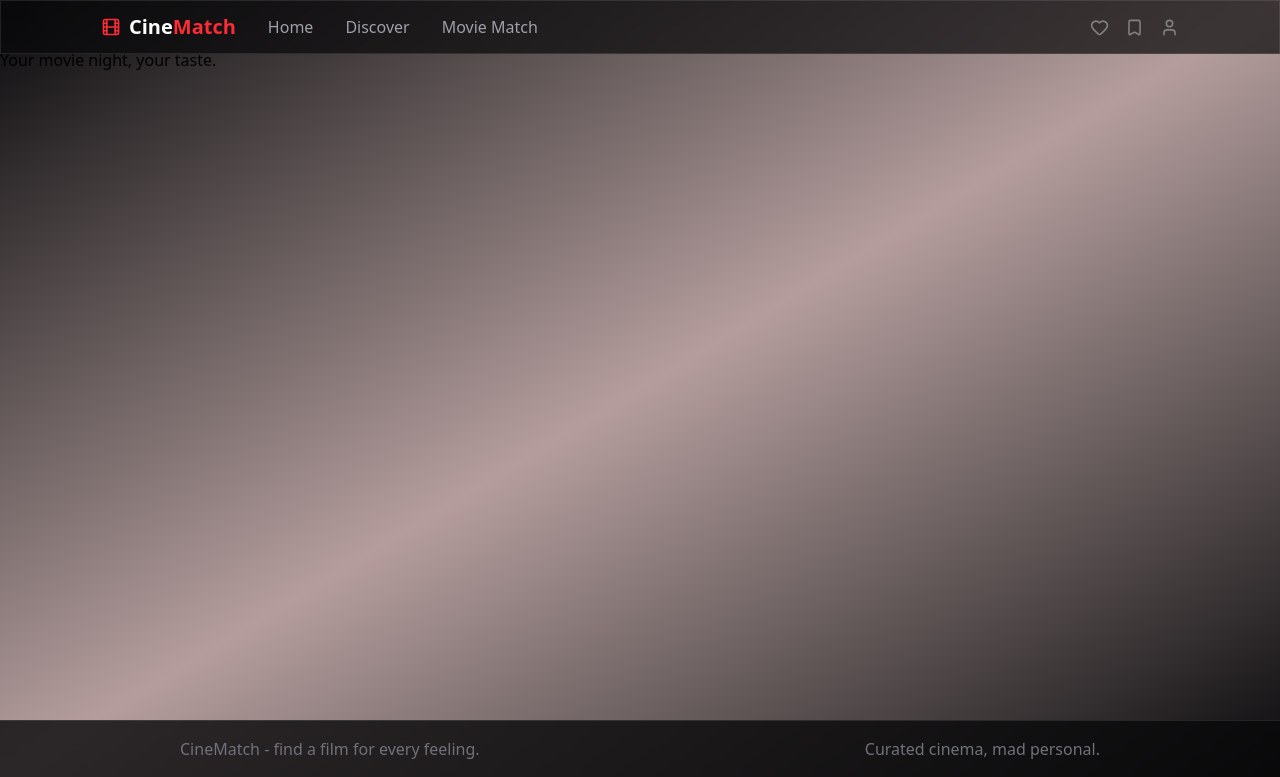
Repository: Mahak182005/CineMatch
Page: /profile
The author's editor kept a copy of each file at every save. The page is drawn from the files as they stood at one save, then again after the next save.
The browser window is 1280 px wide. The pictures show the whole page.
The project was rebuilt for these pictures with package versions that can differ from the ones it lists, and the page was loaded fresh each time. Also part of the build but not shown: vite.config.js, src/Components/Mood.jsx, src/Data/MoodData.js, src/Data/api.js, src/Components/MovieCart.jsx, src/Logic/search.js, src/pages/Home.jsx, src/Components/MovieMatchOpt.jsx and 4 more.

Above is the page before, as saved 2026-10-12 15:04:09.

After the next save:
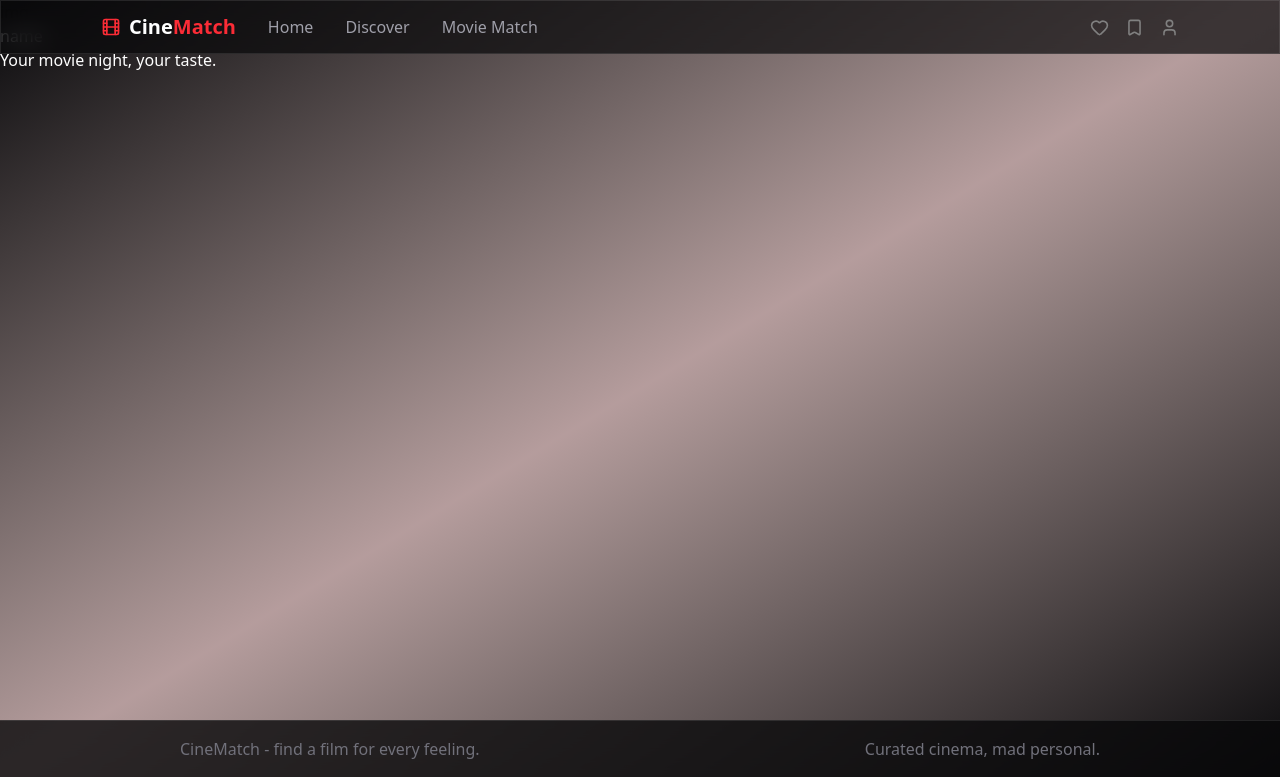
Saved 21 s later.
--- a/src/pages/Profile.jsx
+++ b/src/pages/Profile.jsx
@@ -6,7 +6,7 @@
                     <div>
                         img
                     </div>
-                    <div>
+                    <div className="text-white">
                         <p>name</p>
                         <p>Your movie night, your taste.</p>
                     </div>
